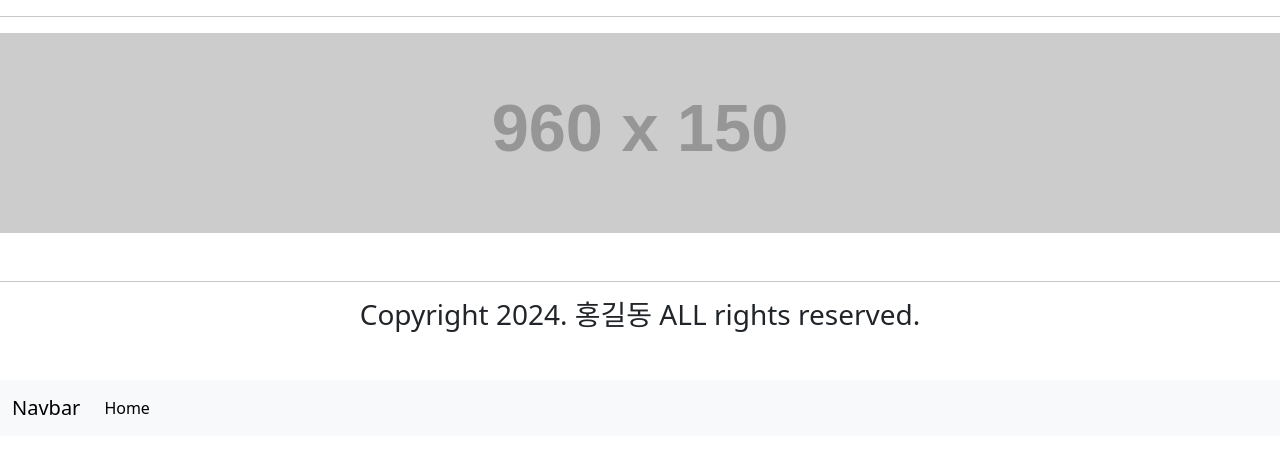
Repository: nltpbj/jsp
Page: http://localhost/ex01/
The author's editor kept a copy of each file at every save. The page is drawn from the files as they stood at one save, then again after the next save.
The browser window is 1280 px wide. The pictures show the whole page.
The page is served by Tomcat 9.

Above is the page before, as saved 2024-04-29 01:55:48.

After the next save:
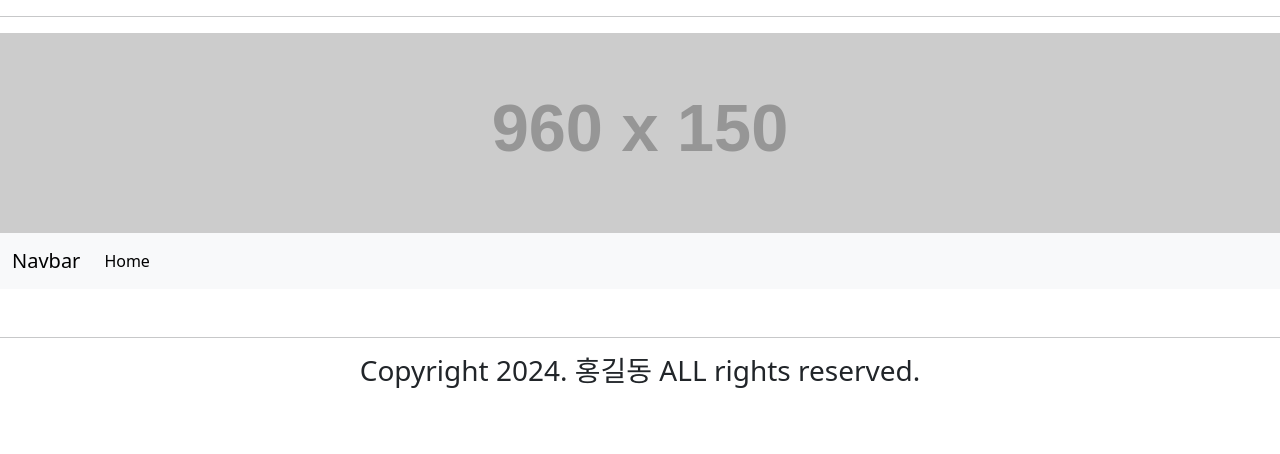
Saved 51 s later.
--- a/ex01/src/main/webapp/home.jsp
+++ b/ex01/src/main/webapp/home.jsp
@@ -12,8 +12,8 @@
 <body>
 	<div clas="container">
 		<jsp:include page="top.jsp"/>
+		<jsp:include page="menu.jsp"/>
 		<jsp:include page="bottom.jsp"/>
-		<jsp:include page="menu.jsp"/>
 	</div>
 </body>
 </html>
